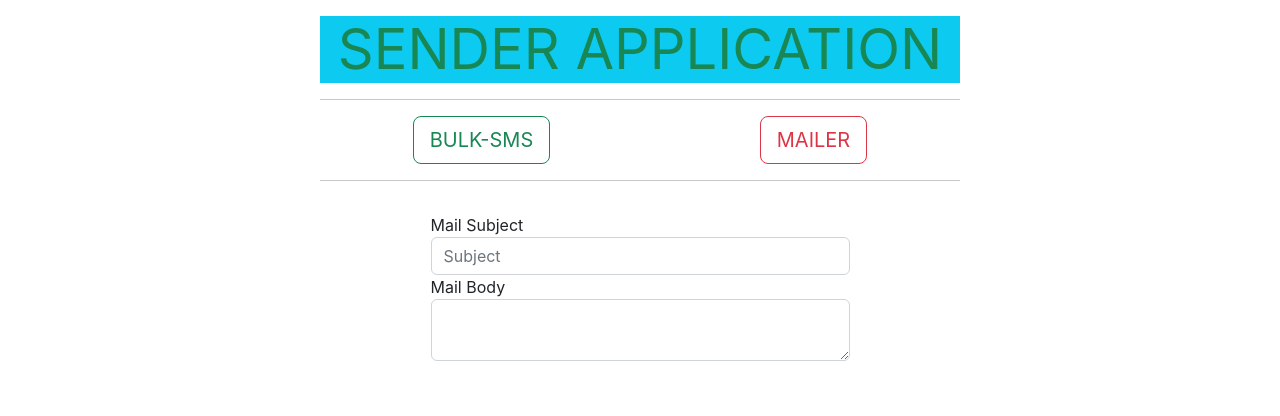
Repository: oluwaseyi9325/react-redux
Page: /
An editor plug-in stored every save of this project. The page is shown before and after the next save, followed by the edit.
The browser window is 1280 px wide. The pictures show the whole page.
The project was rebuilt for these pictures with package versions that can differ from the ones it lists, and the page was loaded fresh each time. Also part of the build but not shown: src/Pages/NotFond.tsx.

Above is the page before, as saved 2023-04-18 17:25:48.

### public/index.html
<!DOCTYPE html>
<html lang="en">

<head>
  <meta charset="utf-8" />
  <link rel="icon" href="%PUBLIC_URL%/favicon.ico" />
  <meta name="viewport" content="width=device-width, initial-scale=1" />
  <meta name="theme-color" content="#000000" />
  <meta name="description" content="Web site created using create-react-app" />
  <link rel="apple-touch-icon" href="%PUBLIC_URL%/logo192.png" />
  <link rel="manifest" href="%PUBLIC_URL%/manifest.json" />
  <link href="https://cdn.jsdelivr.net/npm/bootstrap@5.2.3/dist/css/bootstrap.min.css" rel="stylesheet" integrity="sha384-rbsA2VBKQhggwzxH7pPCaAqO46MgnOM80zW1RWuH61DGLwZJEdK2Kadq2F9CUG65" crossorigin="anonymous">
  <script src="https://cdn.jsdelivr.net/npm/bootstrap@5.2.3/dist/js/bootstrap.bundle.min.js" integrity="sha384-kenU1KFdBIe4zVF0s0G1M5b4hcpxyD9F7jL+jjXkk+Q2h455rYXK/7HAuoJl+0I4" crossorigin="anonymous"></script>
  <link rel="stylesheet" href="https://cdn.jsdelivr.net/npm/bootstrap-icons@1.10.3/font/bootstrap-icons.css">
  <title>SMS SENDER</title>
</head>

<body>
  <noscript>You need to enable JavaScript to run this app.</noscript>
  <div id="root"></div>
</body>

</html>

### src/index.tsx
import React from 'react';
import ReactDOM from 'react-dom/client';
import './index.css';
import App from './App';
import reportWebVitals from './reportWebVitals';
import { BrowserRouter } from 'react-router-dom';

const root = ReactDOM.createRoot(
  document.getElementById('root') as HTMLElement
);
root.render(
  <React.StrictMode>
    <BrowserRouter>
    <App />

    </BrowserRouter>
  </React.StrictMode>
);

// If you want to start measuring performance in your app, pass a function
// to log results (for example: reportWebVitals(console.log))
// or send to an analytics endpoint. Learn more: https://bit.ly/CRA-vitals
reportWebVitals();

### src/App.tsx
import React from 'react'
import { Route, Router, Routes } from 'react-router-dom'
import Index from './Pages/Index'
import Mailer from './Pages/Mailer'
import NotFond from './Pages/NotFond'

const App = () => {

  return (
    <>
    <Routes>
      <Route path='/' element={<Index/>} />
      <Route path='/mailer' element={<Mailer/>} />
      <Route path='*' element={<NotFond/>}/>
    </Routes>
    </>
  )
}

export default App

### src/Pages/Index.tsx
import React from 'react'
import Mailer from './Mailer'

const Index = () => {
  return (
   <>
     <Mailer/>
   </>
  )
}

export default Index

### src/Pages/Mailer.tsx
import React from 'react'
import NavBar from '../Components/NavBar'

const Mailer = () => {
  return (
   <>
    <NavBar/>

    <div className='container'>
       <div className='row mt-3'>
       <div className='mx-auto col-5'>
            <div className='p-3'>
                  <div>
                    <div>
                         <label>Mail Subject</label>
                        <input className='form-control' type="text" placeholder='Subject' />
                    </div>
                    <div>
                    <label>Mail Body</label>
                        <textarea className='form-control'>

                        </textarea>
                    </div>
                  </div>
            </div>
       </div>
       </div>
    </div>

   </>
  )
}

export default Mailer

### src/Components/NavBar.tsx
import React from 'react'

const NavBar = () => {
  return (
    <>

      <div className='text-center col-6 mx-auto mt-3'>
        <h4 className='text-success display-4 bg-info'><b>SENDER APPLICATION</b></h4>
        <hr/>
        <div className='gap-4 d-flex justify-content-around'>
            <button className='btn btn-outline-success btn-lg'>BULK-SMS</button>
            <button className='btn btn-outline-danger btn-lg'>MAILER</button>
        </div>
        <hr/>
      </div>

    </>
  )
}

export default NavBar

Loaded but not shown: src/index.css (common file); src/reportWebVitals.ts (common file)

After the next save:
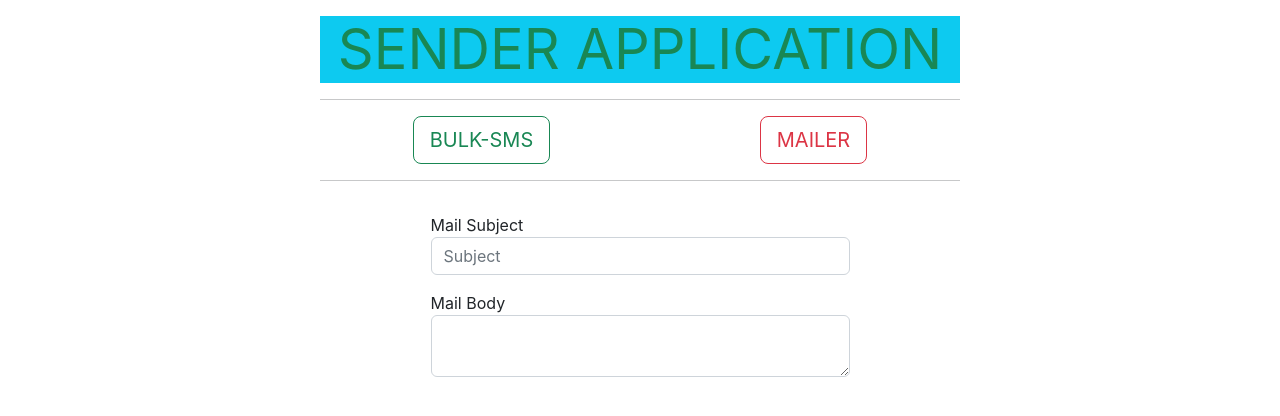
Saved 7 s later.
--- a/src/Pages/Mailer.tsx
+++ b/src/Pages/Mailer.tsx
@@ -15,7 +15,7 @@ const Mailer = () => {
                          <label>Mail Subject</label>
                         <input className='form-control' type="text" placeholder='Subject' />
                     </div>
-                    <div>
+                    <div className='my-3'>
                     <label>Mail Body</label>
                         <textarea className='form-control'>
 
